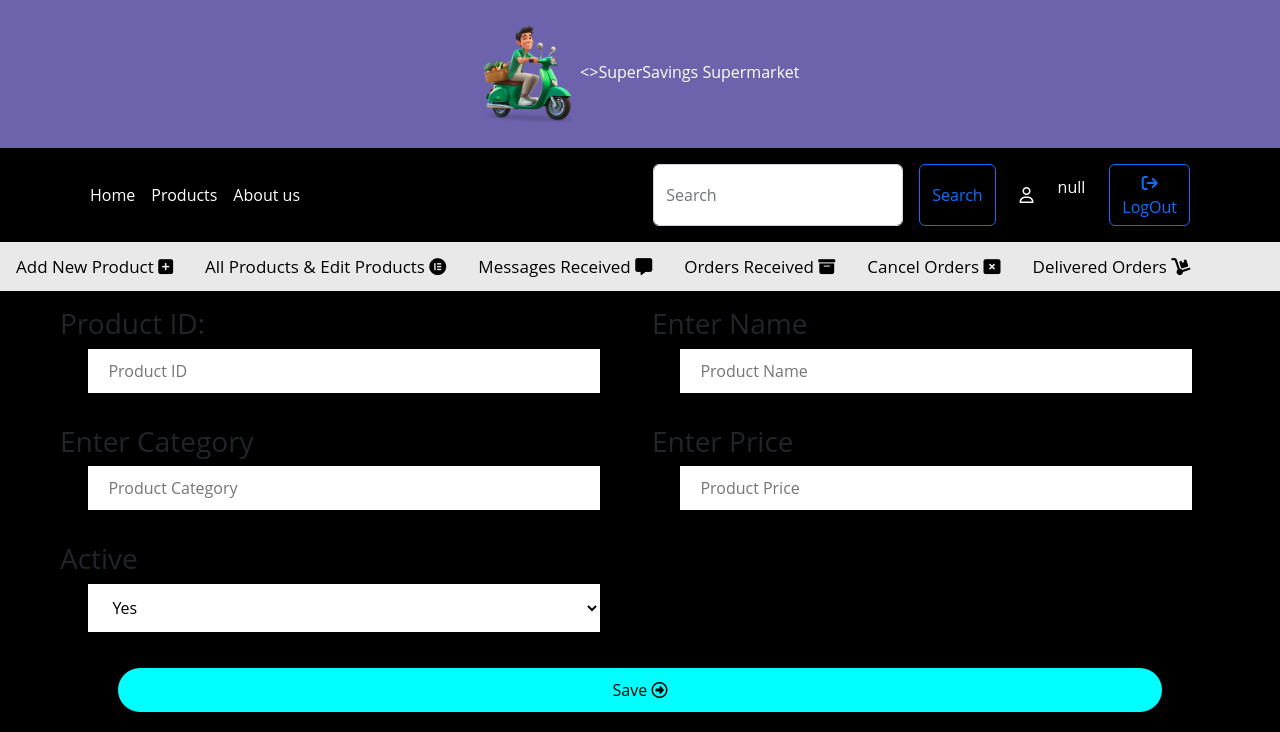
Repository: Raviraj39/SuperSaving-Online-Supermarket-Website
Page: http://localhost/Super_market/AddNewProduct.jsp
An editor plug-in stored every save of this project. The page is shown before and after the next save, followed by the edit.
The browser window is 1280 px wide. The pictures show the whole page.
The page is served by Tomcat 9. Other server files are loaded and not shown.

Above is the page before, as saved 2023-12-28 18:27:53.

### Super_market/src/main/webapp/AddNewProduct.jsp
<%@ page language="java" contentType="text/html; charset=ISO-8859-1"
    pageEncoding="ISO-8859-1"%>

     <%@page import ="java.sql.*"%>
      <%@page import ="java.io.IOException" %>
    <%@ page import ="java.io.PrintWriter"%>
    <%@ include file="AdminHome.jsp" %>

    <%


    %>
<!DOCTYPE html>
<html>
<head>
<meta charset="ISO-8859-1">
<title>SuperSaving Supermarket</title>
<link rel="stylesheet" href="css/addproduct.css">
<link rel="stylesheet" href="https://cdnjs.cloudflare.com/ajax/libs/font-awesome/6.5.1/css/all.min.css" integrity="sha512-DTOQO9RWCH3ppGqcWaEA1BIZOC6xxalwEsw9c2QQeAIftl+Vegovlnee1c9QX4TctnWMn13TZye+giMm8e2LwA==" crossorigin="anonymous" referrerpolicy="no-referrer" />
<link href="https://cdn.jsdelivr.net/npm/bootstrap@5.2.3/dist/css/bootstrap.min.css" rel="stylesheet"
		integrity="sha384-rbsA2VBKQhggwzxH7pPCaAqO46MgnOM80zW1RWuH61DGLwZJEdK2Kadq2F9CUG65" crossorigin="anonymous">
</head>
<body class="body">

<%
String msg=request.getParameter("msg");
if("done".equals(msg)){
	%>
	<h3 class="alert">product added successfully!!!</h3>
	<% }%>
	<%
	if("wrong".equals(msg)){
	%>

<h3 class="alert">Some thing went wrong! Try Again!</h3>

	<% }%>







<form method="post" action="addproduct" class="cotainer ">
		<div class="cotainer mx-5  row" >
		<div class="col-12 col-md-6 my-3">
		<h3 >Product ID: </h3>
		<input type="text" class="input-style " name="input1" placeholder="Product ID">
		</div>
		<div class="col-12 col-md-6 my-3">
		 <h3>Enter Name</h3>
		 	<input type="text" class="input-style" name="input2" placeholder="Product Name">

		</div>

		<div class=" col-12 col-md-6 my-3">
		<h3>Enter Category</h3>
		<input type="text"  class="input-style" name="input3" placeholder="Product Category">

		</div>

		<div class="col-12 col-md-6 my-3">
		<h3>Enter Price</h3>
		<input type="text" class="input-style" name="input4" placeholder="Product Price">
		</div>

		<div class=" col-12 col-md-6 my-3">
		<h3>Active</h3>
		<select name="active" class="input-style" id="active">
			<option value="yes">Yes</option>
			<option value="no">No</option>
		</select>

		</div>

		<div class=" col-12  my-3">
		<button class="button" type="submit">Save <i class='far fa-arrow-alt-circle-right'></i>
		</div>
		</button>
		</div>

</form>
</body>
</html>

### Super_market/src/main/webapp/AdminHome.jsp
<%@ page language="java" contentType="text/html; charset=ISO-8859-1"
    pageEncoding="ISO-8859-1"%>
<!DOCTYPE html>
<html>
<head>
<meta charset="ISO-8859-1">
<title>SuperSaving Supermarket</title>
<link rel="stylesheet" href="css/homestyle.css">
<link rel="stylesheet" href="https://cdnjs.cloudflare.com/ajax/libs/font-awesome/6.5.1/css/all.min.css" integrity="sha512-DTOQO9RWCH3ppGqcWaEA1BIZOC6xxalwEsw9c2QQeAIftl+Vegovlnee1c9QX4TctnWMn13TZye+giMm8e2LwA==" crossorigin="anonymous" referrerpolicy="no-referrer" />
<link href="https://cdn.jsdelivr.net/npm/bootstrap@5.2.3/dist/css/bootstrap.min.css" rel="stylesheet"
		integrity="sha384-rbsA2VBKQhggwzxH7pPCaAqO46MgnOM80zW1RWuH61DGLwZJEdK2Kadq2F9CUG65" crossorigin="anonymous">

</head>
<body>
	<div class="container-fluid navtop">
		<div class="text-center py-4 text-white  ">
			<img src="./images/illustrations/BikeDilvery.webp" alt="" class="" height="100px">
			<>SuperSavings Supermarket</>
		</div>
	</div>
	<nav class="navbar navbar-expand-lg bg-black text-white py-3">
		<div class="container text-white">
			<button class="navbar-toggler" type="button" data-bs-toggle="collapse"
				data-bs-target="#navbarSupportedContent" aria-controls="navbarSupportedContent" aria-expanded="false"
				aria-label="Toggle navigation">
				<span class="navbar-toggler-icon"></span>
			</button>
			<div class="collapse navbar-collapse " id="navbarSupportedContent">
				<ul class="navbar-nav me-auto mb-2 mb-lg-0  ">
					<li class="nav-item">
						<a class="nav-link active text-white" href="./AdminHome.jsp">Home</a>
					</li>
					<li class="nav-item">
						<a class="nav-link text-white" href="">Products</a>
					</li>
					<li class="nav-item">
						<a class="nav-link text-white" href="#"> About us</a>
					</li>
				</ul>
				<form class="d-flex" role="search">
					<input class="form-control me-2" type="search" placeholder="Search" aria-label="Search">
					<button class="btn btn-outline-primary mx-2" type="submit">Search</button>
					<div class="d-flex align-items-center justify-content-between mx-3">
						<div class="">
						<i class="fa-regular fa-user "></i></div>
					<p class="ms-4 "><%= session.getAttribute("username") %></p>
					</div>
					<a href="logout" class="btn btn-outline-primary mx-2"> <i class="fa-solid fa-arrow-right-from-bracket"></i>LogOut  </a>
				</form>
			</div>
		</div>
	</nav>
	<div class="topnav sticky">
            <a href="AddNewProduct.jsp">Add New Product <i class='fas fa-plus-square'></i></a>
            <a href="allProductEdit.jsp">All Products & Edit Products <i class='fab fa-elementor'></i></a>
            <a href="">Messages Received <i class='fas fa-comment-alt'></i></a>
            <a href="">Orders Received <i class="fas fa-archive"></i></a>
            <a href="">Cancel Orders <i class='fas fa-window-close'></i></a>
            <a href="">Delivered Orders <i class='fas fa-dolly'></i></a>
          </div>

</body>
</html>

### Super_market/src/main/webapp/css/homestyle.css
    body {
  font-family: "Open Sans", sans-serif;
  line-height: 1.25;
  background-color: #6C63AC;
}
a
{
	text-decoration: none;
}
.sticky {
  position: -webkit-sticky;
  position: sticky;
  top: 0;
}

@font-face {
	font-family: fonts;
	src: url(../fonts/moto-verse.otf);
}
.top-nav >div{
	font-family: fonts;
	font-weight: 900;
	font-size: 4em;
}
.navtop{
	background-color: #6C63AC;
}
.carousel-img{
	height: 75vh;
}
table {
  border: 1px solid #ccc;
  border-collapse: collapse;
  margin: 0;
  padding: 0;
  width: 100%;
  /*margin-left: 5%;*/
  table-layout: fixed;
}

table caption {
  font-size: 1.5em;
  margin: .5em 0 .75em;
}

table tr {
  background-color: #f8f8f8;
  border: 1px solid #ddd;
  padding: .35em;
}

table th,
table td {
  padding: .625em;
  text-align: center;
}

table th {
  font-size: .85em;
  letter-spacing: .1em;
  text-transform: uppercase;
}

@media screen and (max-width: 600px) {
  table {
    border: 0;
  }

  table caption {
    font-size: 1.3em;
  }

  table thead {
    border: none;
    clip: rect(0 0 0 0);
    height: 1px;
    margin: -1px;
    overflow: hidden;
    padding: 0;
    position: absolute;
    width: 1px;
  }

  table tr {
    border-bottom: 3px solid #ddd;
    display: block;
    margin-bottom: .625em;
  }

  table td {
    border-bottom: 1px solid #ddd;
    display: block;
    font-size: .8em;
    text-align: right;
  }

  table td::before {
    /*
    * aria-label has no advantage, it won't be read inside a table
    content: attr(aria-label);
    */
    content: attr(data-label);
    float: left;
    font-weight: bold;
    text-transform: uppercase;
  }

  table td:last-child {
    border-bottom: 0;
  }
}

/*Header Css*/
* {box-sizing: border-box;}

    body {
      margin: 0;
      font-family: Arial, Helvetica, sans-serif;
    }

    .topnav {
      overflow: hidden;
      background-color: #e9e9e9;
    }

    .topnav a {
      float: left;
      display: block;
      color: black;
      text-align: center;
      padding: 14px 16px;
      text-decoration: none;
      font-size: 17px;
    }

    .topnav a:hover {
      background-color: #ddd;
      color: black;
    }

    .topnav a.active {
      background-color: #2196F3;
      color: white;
    }

    .topnav .search-container {
      float: right;
    }

    .topnav input[type=text] {
      padding: 6px;
      margin-top: 8px;
      font-size: 17px;
      border: none;
    }

    .topnav .search-container button {
      float: right;
      padding: 6px 10px;
      margin-top: 8px;
      margin-right: 16px;
      background: #ddd;
      font-size: 17px;
      border: none;
      cursor: pointer;
    }

    .topnav .search-container button:hover {
      background: #ccc;
    }

    @media screen and (max-width: 600px) {
      .topnav .search-container {
        float: none;
      }
      .topnav a, .topnav input[type=text], .topnav .search-container button {
        float: none;
        display: block;
        text-align: left;
        width: 100%;
        margin: 0;
        padding: 14px;
      }
      .topnav input[type=text] {
        border: 1px solid #ccc;
      }

    }





.input-style {
  width: 90%;
  padding: 12px 20px;
  margin-left:5%;
  box-sizing: border-box;
  border: none;
  background-color:white;
  color: black;
  font-size: 16px;
}

input[type=text]:focus, textarea:focus,button:focus{
  outline: 4px solid orange;
  background-color:rgb(224, 255, 219);     /* oranges! yey */
}

.button {
  background-color: aqua;
  border: none;
  color: black;
  padding: 12px 20px;
  text-align: center;
  text-decoration: none;
  display: inline-block;
  font-size: 14px;
  margin: 4px 2px;
  transition-duration: 0.4s;
  cursor: pointer;
  margin-left:5%;
  font-size: 16px;
  width: 90%;
   border-radius: 25px;
}

.button:hover {
  background-color: #555555;
  color: white;
}


.alert
{
	color:yellow;
}

.profile-style
{
	border-style: dotted;

}

.left-div
{
	width: 50%;
	display:inline-block;
}

.right-div
{
	float:right;
	width: 50%;
	display:inline-block;
}
/*footer*/
.footer {
   position: fixed;
   left: 0;
   bottom: 0;
   width: 100%;
   background-color:#ccc;
   color:black;
   text-align: center;
}

.h2222 {
  width: 100%;
  padding: 12px 20px;
  margin: 8px 0;
  box-sizing: border-box;
  border: none;
  background-color: #3CBC8D;
  color: white;
}

### Super_market/src/main/webapp/css/addproduct.css
.body {
  font-family: "Open Sans", sans-serif;
  line-height: 1.25;
  background-color: #000;
}

a{
	text-decoration: none;
}
.sticky {
  position: -webkit-sticky;
  position: sticky;
  top: 0;
}

table {
  border: 1px solid #ccc;
  border-collapse: collapse;
  margin: 0;
  padding: 0;
  width: 100%;
  /*margin-left: 5%;*/
  table-layout: fixed;
}

table caption {
  font-size: 1.5em;
  margin: .5em 0 .75em;
}

table tr {
  background-color: #f8f8f8;
  border: 1px solid #ddd;
  padding: .35em;
}

table th,
table td {
  padding: .625em;
  text-align: center;
}

table th {
  font-size: .85em;
  letter-spacing: .1em;
  text-transform: uppercase;
}

@media screen and (max-width: 600px) {
  table {
    border: 0;
  }

  table caption {
    font-size: 1.3em;
  }

  table thead {
    border: none;
    clip: rect(0 0 0 0);
    height: 1px;
    margin: -1px;
    overflow: hidden;
    padding: 0;
    position: absolute;
    width: 1px;
  }

  table tr {
    border-bottom: 3px solid #ddd;
    display: block;
    margin-bottom: .625em;
  }

  table td {
    border-bottom: 1px solid #ddd;
    display: block;
    font-size: .8em;
    text-align: right;
  }

  table td::before {
    /*
    * aria-label has no advantage, it won't be read inside a table
    content: attr(aria-label);
    */
    content: attr(data-label);
    float: left;
    font-weight: bold;
    text-transform: uppercase;
  }

  table td:last-child {
    border-bottom: 0;
  }
}

/*Header Css*/
* {box-sizing: border-box;}

    body {
      margin: 0;
      font-family: Arial, Helvetica, sans-serif;
    }


/*footer*/
.footer {
   position: fixed;
   left: 0;
   bottom: 0;
   width: 100%;
   background-color:#ccc;
   color:black;
   text-align: center;
}

.input-style {
  width: 90%;
  padding: 12px 20px;
  margin-left:5%;
  box-sizing: border-box;
  border: none;
  background-color:white;
  color: black;
  font-size: 16px;
}

input[type=text]:focus, textarea:focus,button:focus{
  outline: 4px solid orange;
  background-color:rgb(224, 255, 219);     /* oranges! yey */
}

.button {
  background-color: aqua;
  border: none;
  color: black;
  padding: 12px 20px;
  text-align: center;
  text-decoration: none;
  display: inline-block;
  font-size: 14px;
  margin: 4px 2px;
  transition-duration: 0.4s;
  cursor: pointer;
  margin-left:5%;
  font-size: 16px;
  width: 90%;
   border-radius: 25px;
}

.button:hover {
  background-color: #555555;
  color: white;
}

hr
{
	width: 90%
}

{
	text-align: center;
	color:white;
}
.alert
{
	color:yellow;
}

.profile-style
{
	border-style: dotted;

}

.left-div
{
	width: 50%;
	display:inline-block;
}

.right-div
{
	float:right;
	width: 50%;
	display:inline-block;
}

After the next save:
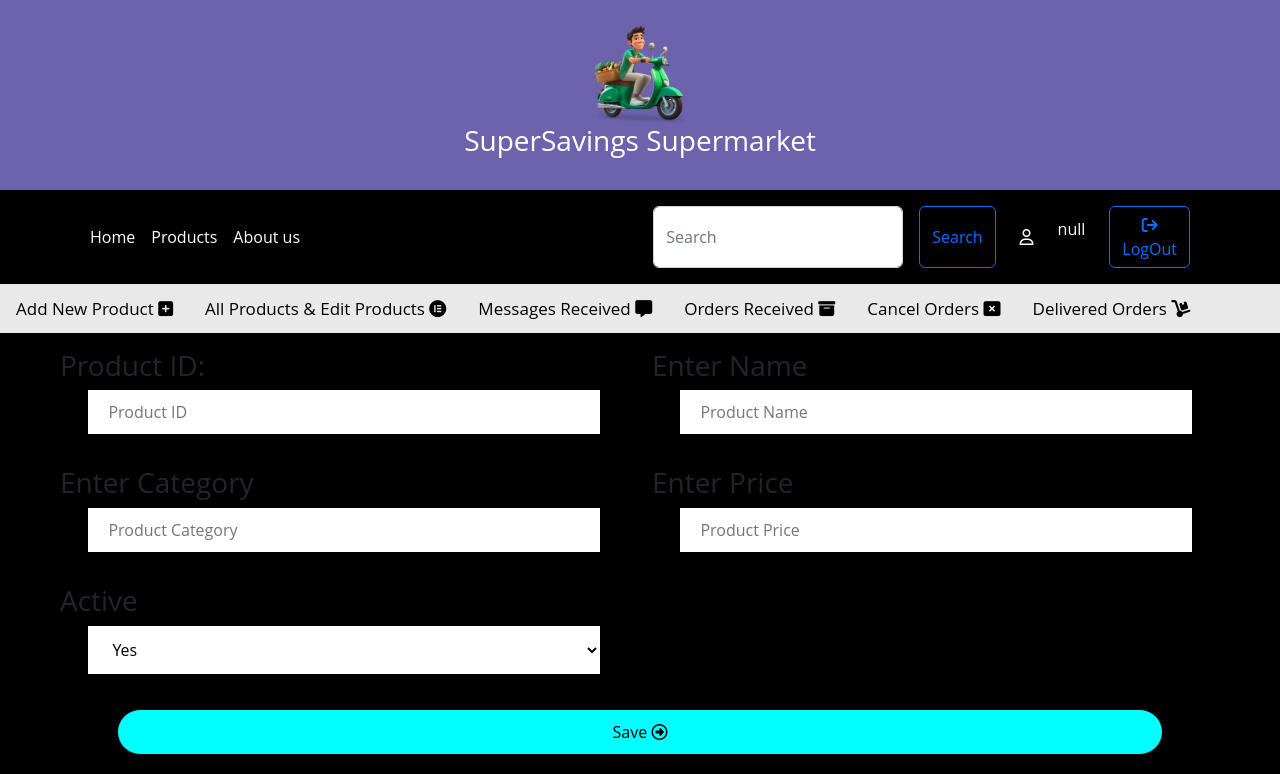
Saved 31 s later.
--- a/Super_market/src/main/webapp/AdminHome.jsp
+++ b/Super_market/src/main/webapp/AdminHome.jsp
@@ -15,7 +15,7 @@
 	<div class="container-fluid navtop">
 		<div class="text-center py-4 text-white  ">
 			<img src="./images/illustrations/BikeDilvery.webp" alt="" class="" height="100px">
-			<>SuperSavings Supermarket</>
+			<h3>SuperSavings Supermarket</h3>
 		</div>
 	</div>
 	<nav class="navbar navbar-expand-lg bg-black text-white py-3">
